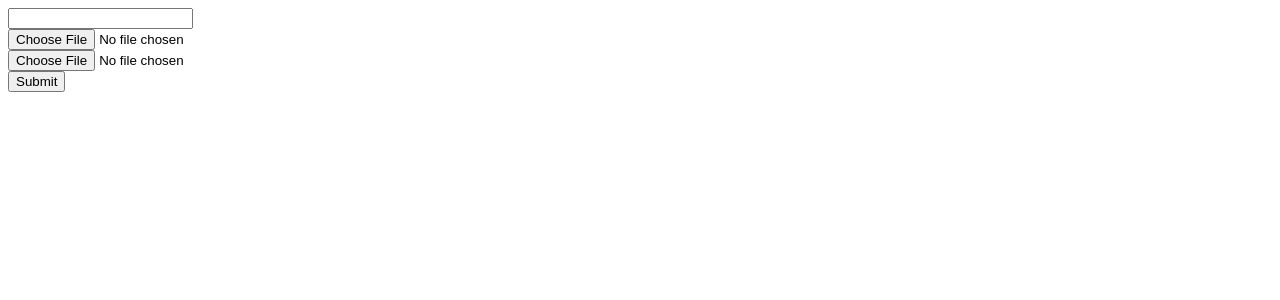
Repository: precipices/SPM
Page: http://localhost/FileTest/upload.jsp
An editor plug-in stored every save of this project. The page is shown before and after the next save, followed by the edit.
The browser window is 1280 px wide. The pictures show the whole page.
The page is served by Tomcat 9.

Above is the page before, as saved 2017-12-09 14:51:27.

### 文件操作test/FileTest/WebContent/upload.jsp
<%@ page language="java" contentType="text/html; charset=UTF-8"
    pageEncoding="UTF-8"%>
<!DOCTYPE html PUBLIC "-//W3C//DTD HTML 4.01 Transitional//EN" "http://www.w3.org/TR/html4/loose.dtd">
<html>
<head>
<meta http-equiv="Content-Type" content="text/html; charset=UTF-8">
<title>Insert title here</title>
</head>
<body>
<form action="UploadServlet" enctype="multipart/form-data" method="post">
<input type="text" name="username"/><br/>
<input type="file" name="file1"/><br/>
<input type="file" name="file2" /><br/>
<input type="submit" name="上传"/>
</form>
</body>
</html>

After the next save:
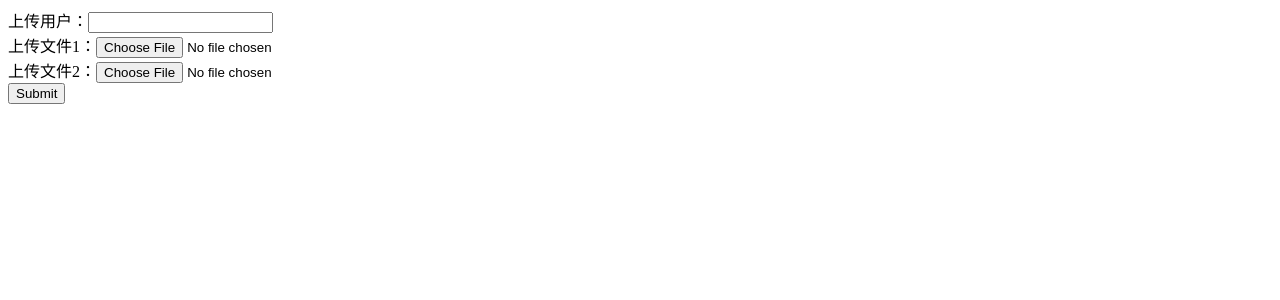
Saved 52 s later.
--- a/文件操作test/FileTest/WebContent/upload.jsp
+++ b/文件操作test/FileTest/WebContent/upload.jsp
@@ -8,9 +8,9 @@
 </head>
 <body>
 <form action="UploadServlet" enctype="multipart/form-data" method="post">
-<input type="text" name="username"/><br/>
-<input type="file" name="file1"/><br/>
-<input type="file" name="file2" /><br/>
+上传用户：<input type="text" name="username"/><br/>
+上传文件1：<input type="file" name="file1"/><br/>
+上传文件2：<input type="file" name="file2" /><br/>
 <input type="submit" name="上传"/>
 </form>
 </body>
